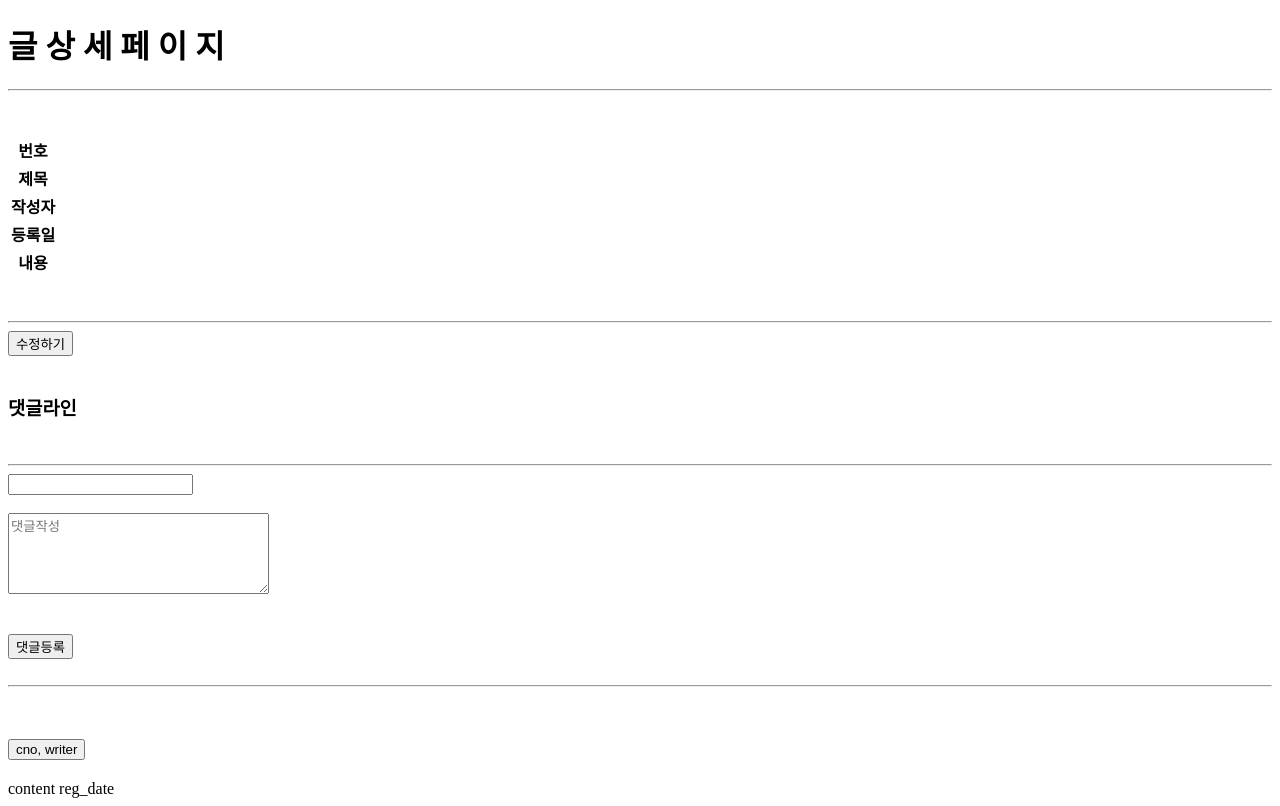
Repository: bbqju13/jsp0602
Page: http://localhost/jsp_project/board/detail.jsp
The author's editor kept a copy of each file at every save. The page is drawn from the files as they stood at one save, then again after the next save.
The browser window is 1280 px wide. The pictures show the whole page.
The page is served by Tomcat 9. Other server files are loaded and not shown. The template is opened directly, without the code that normally fills it, so the values that code supplies are empty.

Above is the page before, as saved 2023-05-22 00:32:34.

### jsp_project2/jsp_project/src/main/webapp/board/detail.jsp
<%@ page language="java" contentType="text/html; charset=UTF-8"
	pageEncoding="UTF-8"%>
<%@ taglib uri="http://java.sun.com/jsp/jstl/core" prefix="c"%>
<!DOCTYPE html>
<html>
<head>
<meta charset="UTF-8">
<title>글상세 페이지</title>
<script
	src="https://cdn.jsdelivr.net/npm/bootstrap@5.2.3/dist/js/bootstrap.bundle.min.js"
	integrity="sha384-kenU1KFdBIe4zVF0s0G1M5b4hcpxyD9F7jL+jjXkk+Q2h455rYXK/7HAuoJl+0I4"
	crossorigin="anonymous"></script>
</head>
<body>
	<h1>글 상 세 페 이 지</h1>
	<hr>
	<br>
	<br>
	<table class="table table-striped">
		<tr>
			<th>번호</th>
			<td>${bvo.bno }</td>
		</tr>
		<tr>
			<th>제목</th>
			<td>${bvo.title }</td>
		</tr>
		<tr>
			<th>작성자</th>
			<td>${bvo.writer }</td>
		</tr>
		<tr>
			<th>등록일</th>
			<td>${bvo.reg_date }</td>
		</tr>
		<tr>
			<th>내용</th>
			<td>${bvo.content }</td>
		</tr>
	</table>

	<br>
	<br>
	<hr>
	<a href="/brd/modify?bno=${bvo.bno }">
		<button type="button">수정하기</button>
	</a>

	<br>
	<br>

	<div>
		<h3>댓글라인</h3>
		<br>
		<hr>
		<!-- 댓글작성 라인 -->
		<input type="text" id="cmtWriter" value="${ses.id }"
			readonly="readonly"> <br> <br>
		<textarea rows="5" cols="30" id="cmtText" placeholder="댓글작성"></textarea>
		<br> <br> <br>
		<button type="button" id="cmtAddBtn">댓글등록</button>
	</div>
	<br>
	<hr>
	<br>
	<div>
		<!-- 댓글표시 라인 -->
		<div class="accordion" id="accordionExample">
			<div class="accordion-item">
				<h2 class="accordion-header" id="heading1">
					<button class="accordion-button" type="button"
						data-bs-toggle="collapse" data-bs-target="#collapse1"
						aria-expanded="true" aria-controls="collapse1">cno,
						writer</button>
				</h2>
				<div id="collapse1" class="accordion-collapse collapse show"
					aria-labelledby="heading1" data-bs-parent="#accordionExample">
					<div class="accordion-body">content reg_date</div>
				</div>
			</div>
		</div>
	</div>

	<script type="text/javascript">
		const bnoVal = `<c:out value = "${bvo.bno}" />`;
	</script>
	<script src="/resource/comment.js"></script>

</body>
</html>

Loaded but not shown: jsp_project2/jsp_project/src/main/webapp/resource/comment.js (no copy from this time; the picture is the same without it)

After the next save:
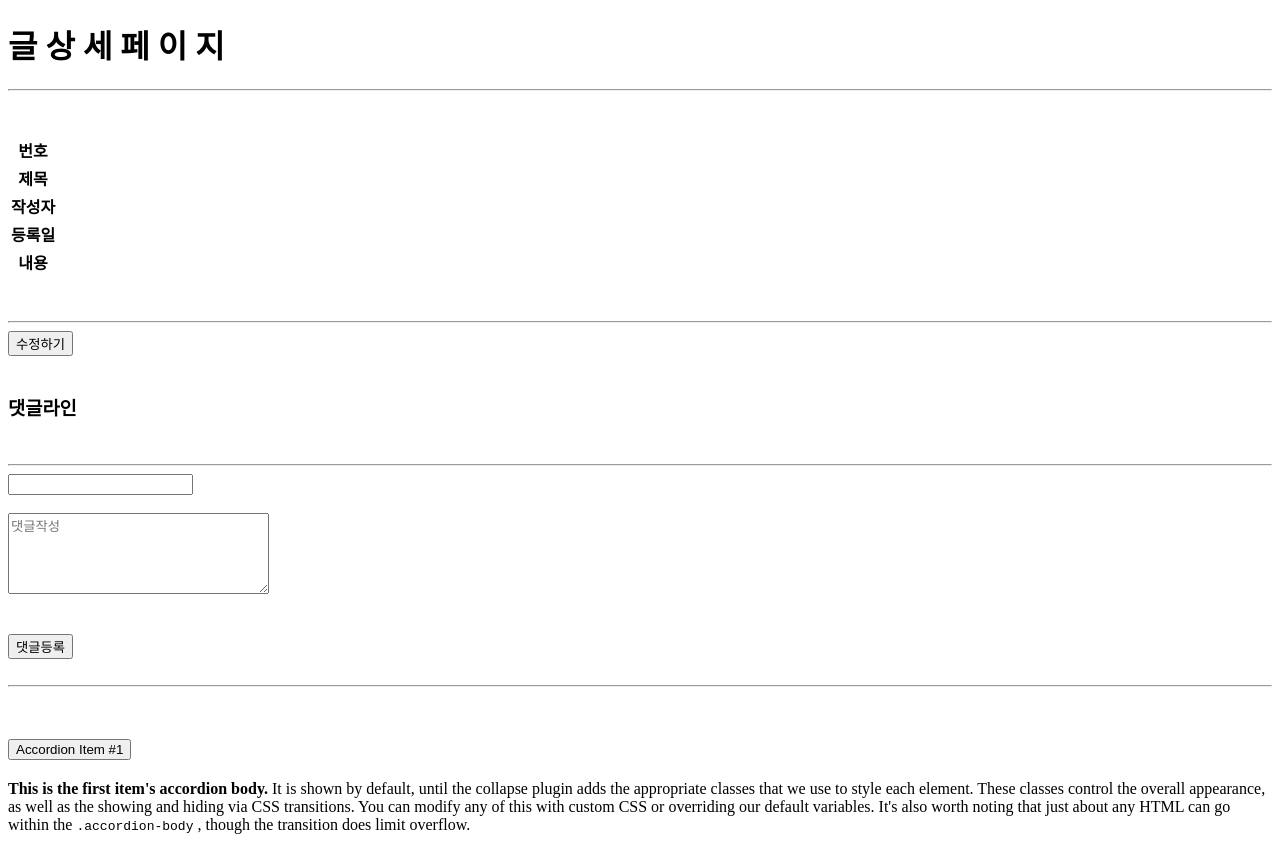
Saved 46 min 23 s later.
--- a/jsp_project2/jsp_project/src/main/webapp/board/detail.jsp
+++ b/jsp_project2/jsp_project/src/main/webapp/board/detail.jsp
@@ -63,19 +63,26 @@
 	<br>
 	<hr>
 	<br>
-	<div>
-		<!-- 댓글표시 라인 -->
-		<div class="accordion" id="accordionExample">
-			<div class="accordion-item">
-				<h2 class="accordion-header" id="heading1">
-					<button class="accordion-button" type="button"
-						data-bs-toggle="collapse" data-bs-target="#collapse1"
-						aria-expanded="true" aria-controls="collapse1">cno,
-						writer</button>
-				</h2>
-				<div id="collapse1" class="accordion-collapse collapse show"
-					aria-labelledby="heading1" data-bs-parent="#accordionExample">
-					<div class="accordion-body">content reg_date</div>
+	<div class="accordion" id="accordionExample">
+		<div class="accordion-item">
+			<h2 class="accordion-header" id="headingOne">
+				<button class="accordion-button" type="button"
+					data-bs-toggle="collapse" data-bs-target="#collapseOne"
+					aria-expanded="true" aria-controls="collapseOne">
+					Accordion Item #1</button>
+			</h2>
+			<div id="collapseOne" class="accordion-collapse collapse show"
+				aria-labelledby="headingOne" data-bs-parent="#accordionExample">
+				<div class="accordion-body">
+					<strong>This is the first item's accordion body.</strong> It is
+					shown by default, until the collapse plugin adds the appropriate
+					classes that we use to style each element. These classes control
+					the overall appearance, as well as the showing and hiding via CSS
+					transitions. You can modify any of this with custom CSS or
+					overriding our default variables. It's also worth noting that just
+					about any HTML can go within the
+					<code>.accordion-body</code>
+					, though the transition does limit overflow.
 				</div>
 			</div>
 		</div>
